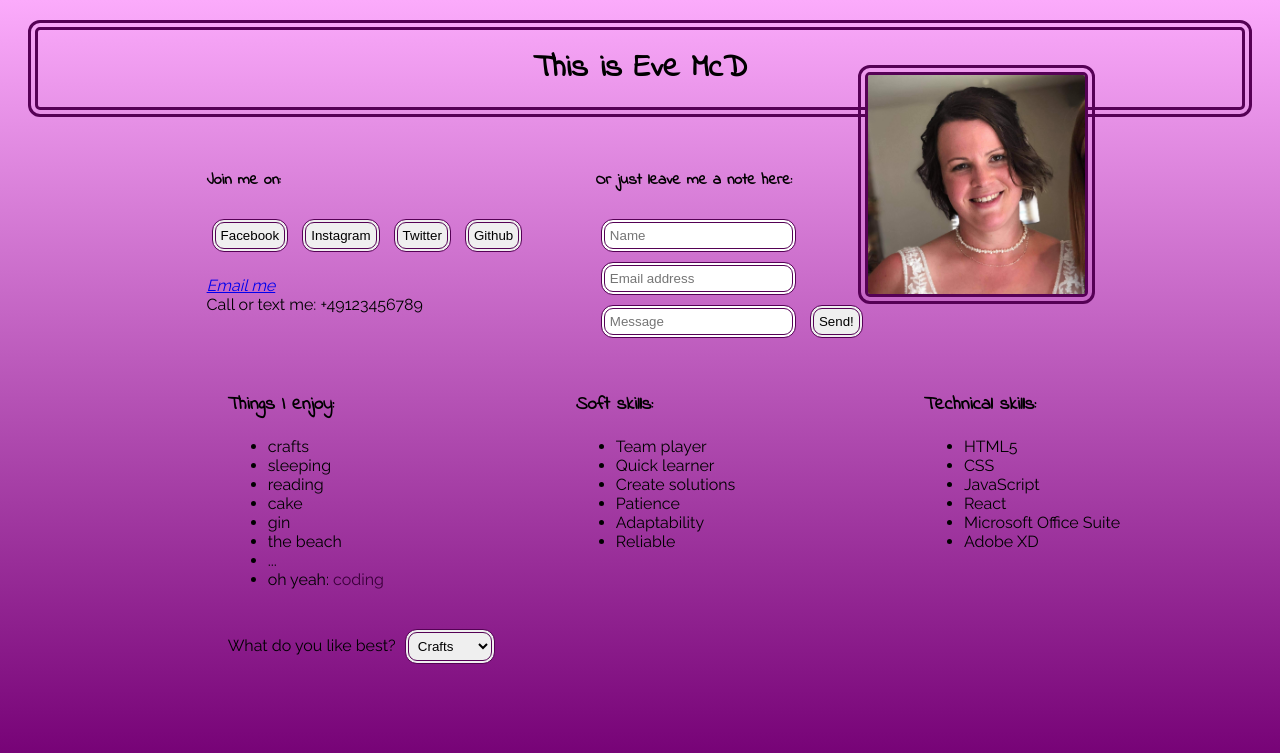
Repository: evemcd/Strive-Ignite-W1
Page: index.html
These files come from the project's save history. The page is drawn as it stood at one moment and after the next save; the edit follows.
The browser window is 1280 px wide. The pictures show the whole page.

Above is the page before, as saved 2021-01-17 23:17:14.

After the next save:
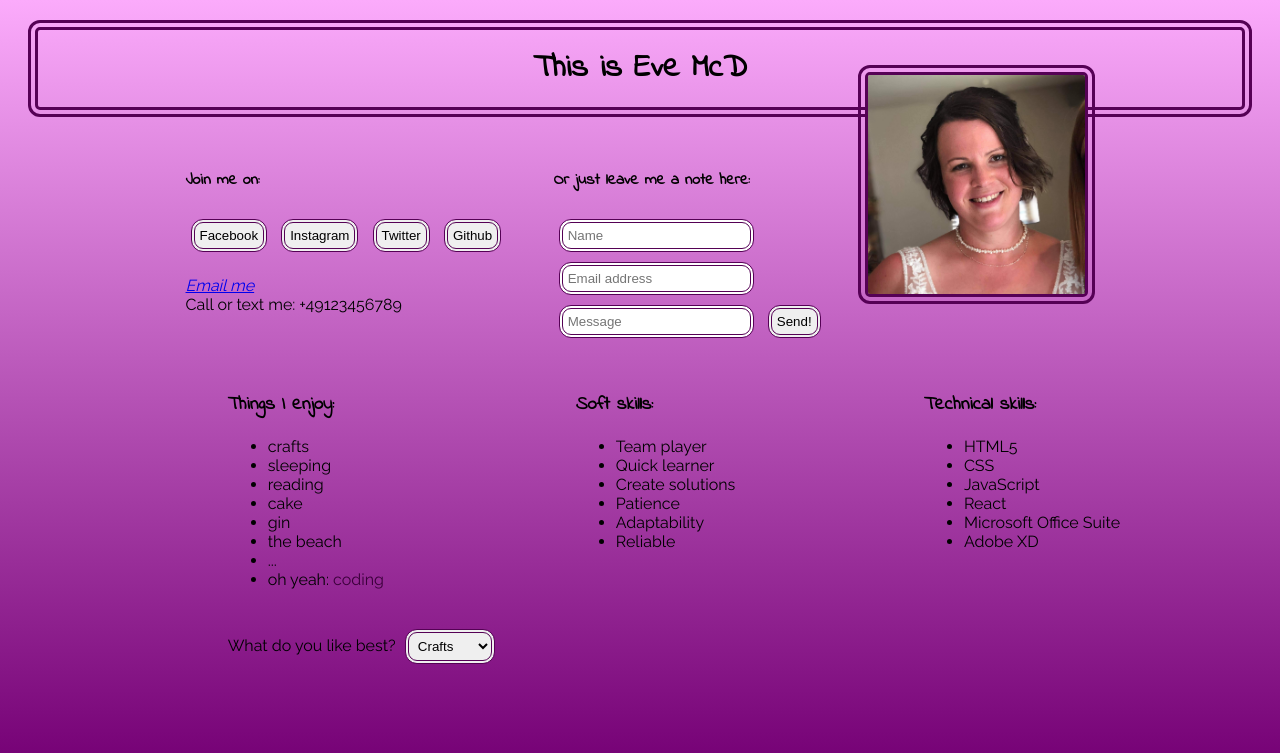
Saved 14 s later.
--- a/styles.css
+++ b/styles.css
@@ -21,7 +21,7 @@ body {
     flex-direction: row;
     justify-content: space-evenly;
     margin: 30px 0px 0px 150px;
-    width: 60%;
+    width: 55%;
 }
 
 .container-skills {
